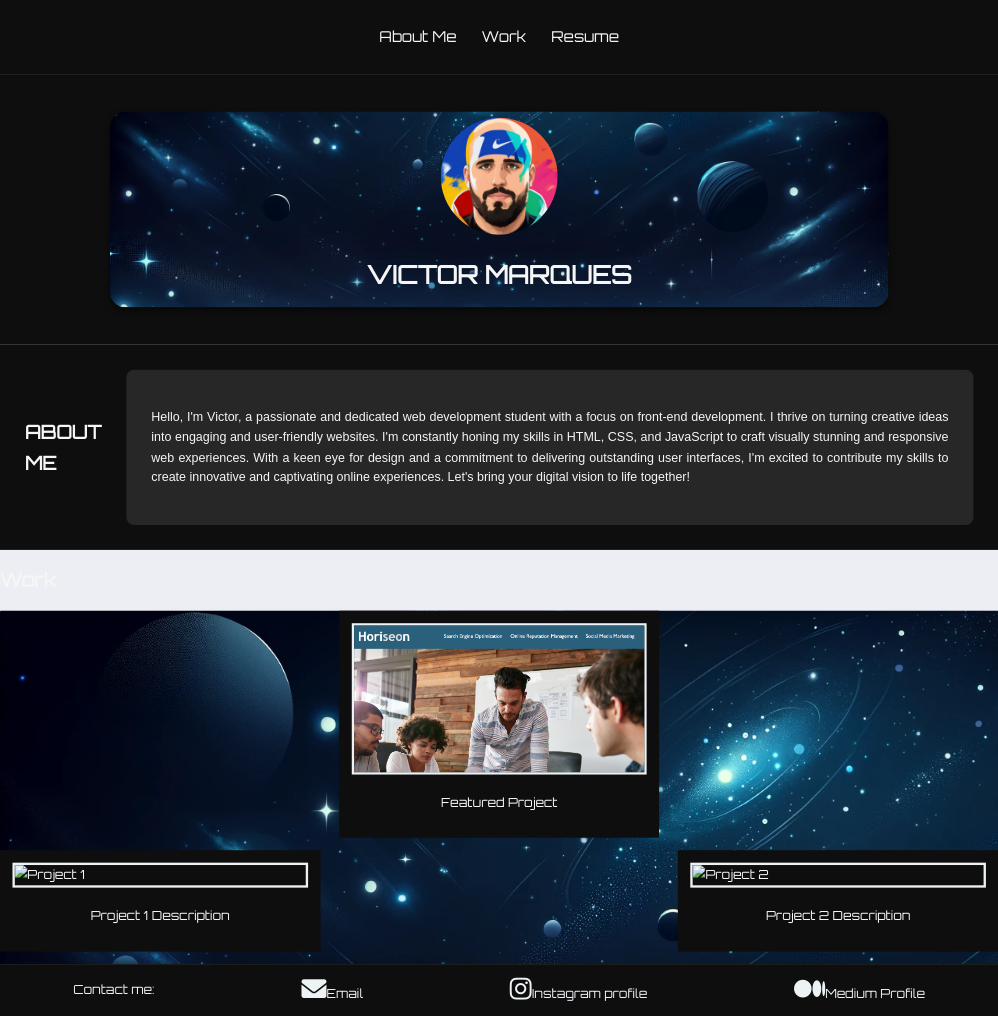
Repository: uvee35/Challenge2-Victor
Page: index.html
The author's editor kept a copy of each file at every save. The page is drawn from the files as they stood at one save, then again after the next save.
The browser window is 1280 px wide. The pictures show the whole page, at 78% of full size.

Above is the page before, as saved 2023-12-12 22:15:20.
Not found: assets/project1.png
Not found: assets/project2.png

After the next save:
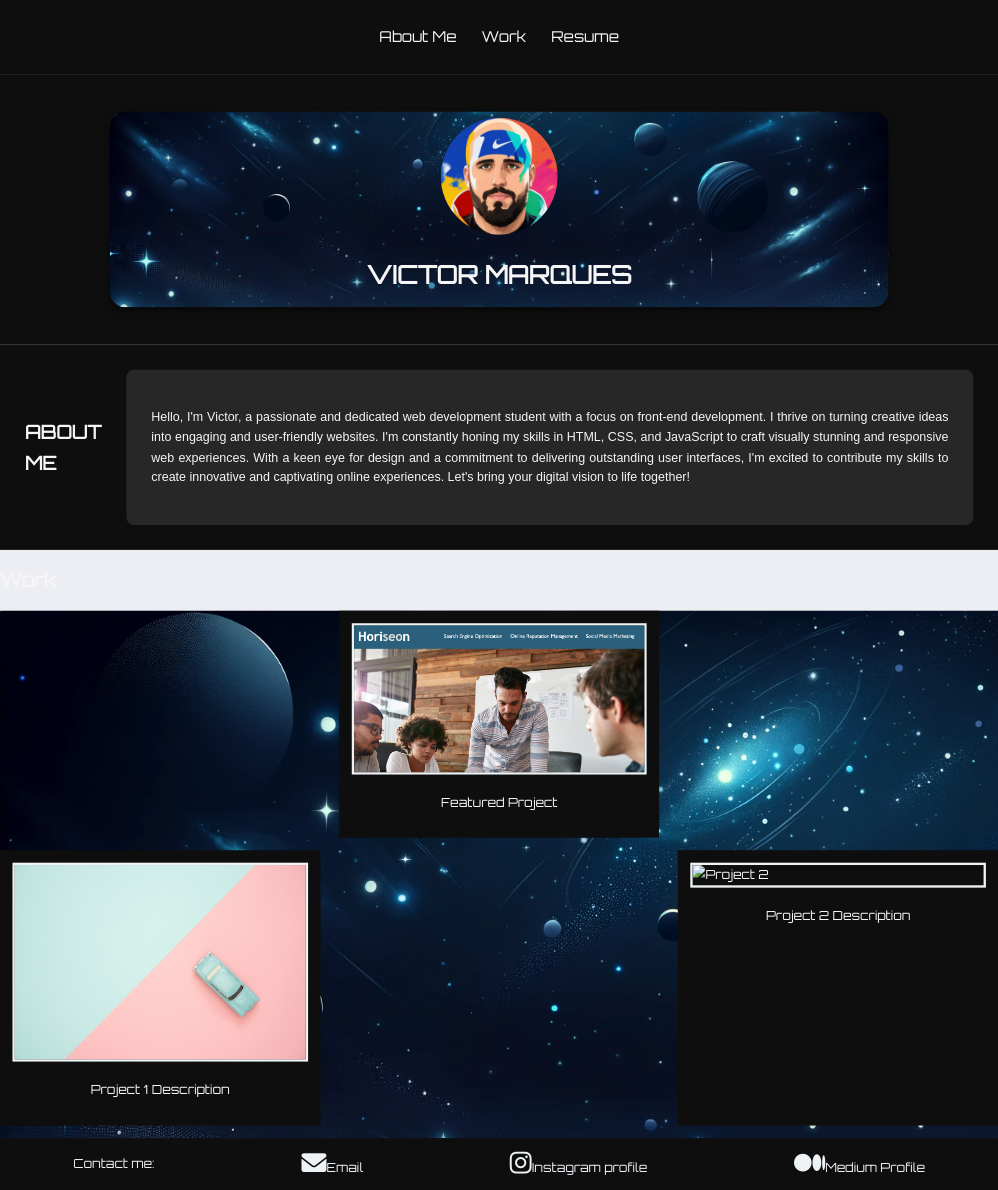
Saved 15 s later.
--- a/index.html
+++ b/index.html
@@ -76,7 +76,7 @@
             <!-- First project -->
             <div class="project">
               <img
-                src="assets/project1.png"
+                src="./assets/02-portfolio-3.jpg"
                 alt="Project 1"
                 class="work__image"
               />
